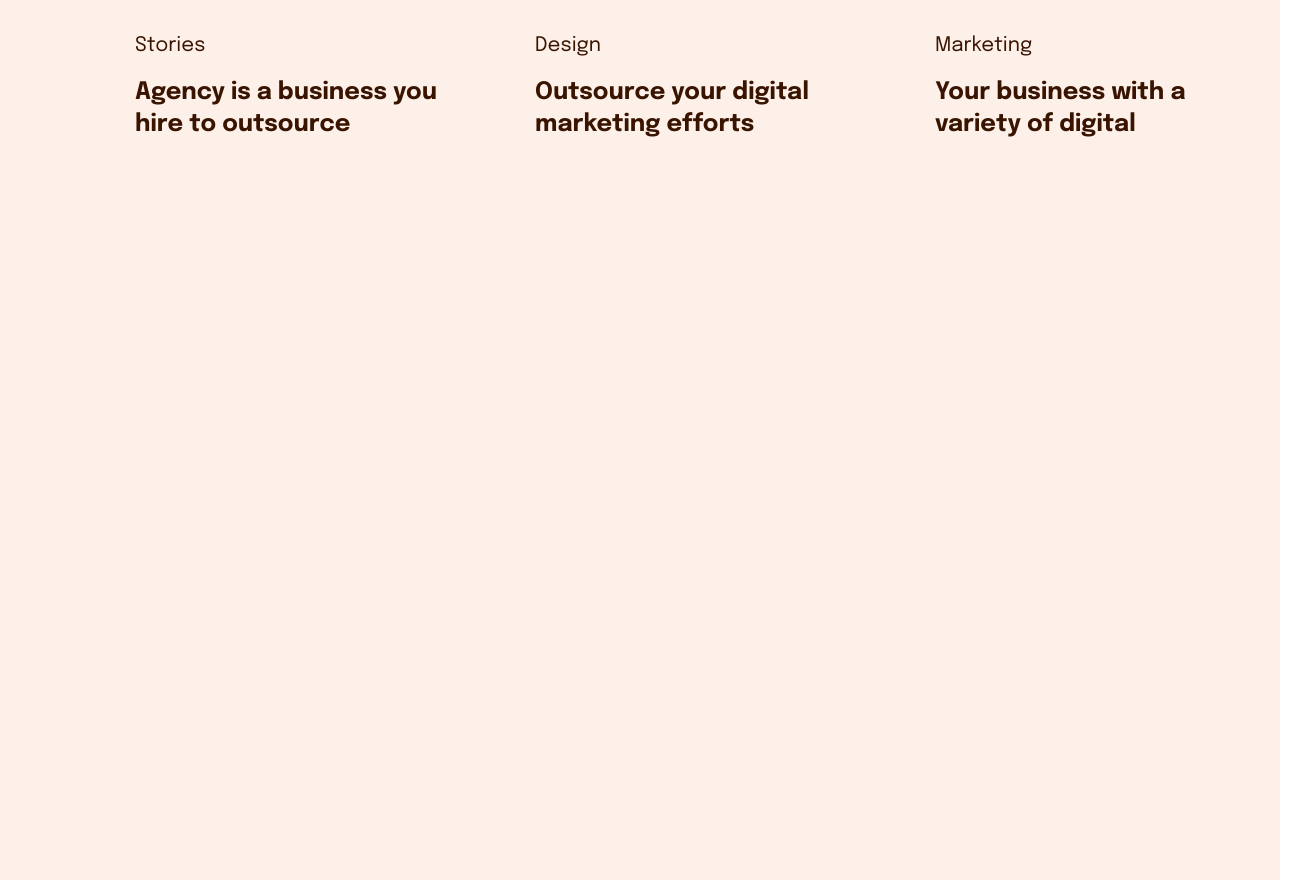
Repository: cesurrustemov/task5
Page: index.html
An editor plug-in stored every save of this project. The page is shown before and after the next save, followed by the edit.
The browser window is 1280 px wide. The page is 1305 px wide, so the pictures cover 1305 px, including what lies to the right of the window. The pictures show the part of the page from y = 560 to 1440 px (the page is 1440 px tall).

Above is the page before, as saved 2023-12-23 17:14:11.

After the next save:
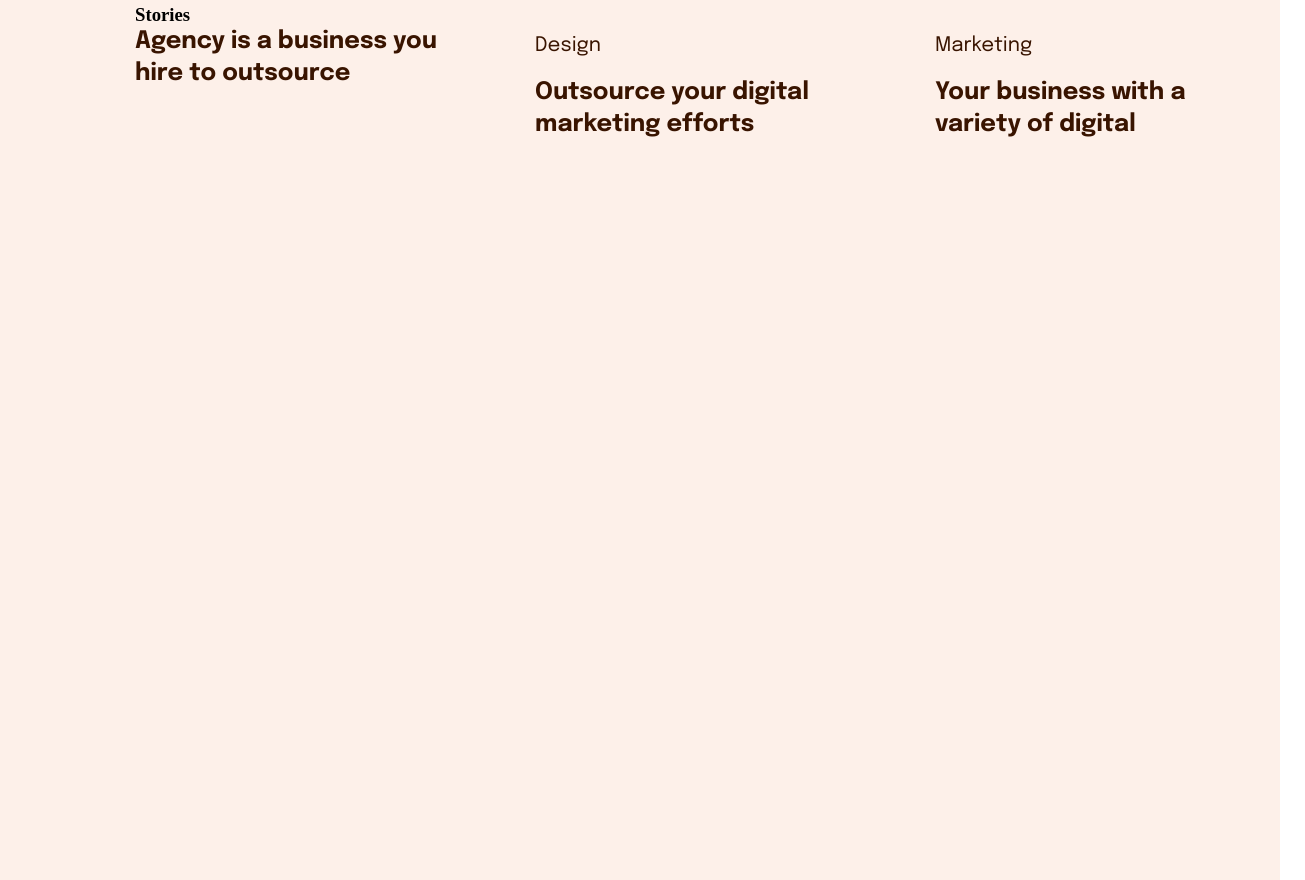
Saved 16 s later.
--- a/index.html
+++ b/index.html
@@ -14,7 +14,7 @@
             <div class="photo1">
                 <img class="img1" src="https://static.vecteezy.com/vite/assets/photo-masthead-375-b8ae1548.webp"
                     alt="Discover All" />
-                <h3 class="h1">Stories</h3>
+                <h3 >Stories</h3>
                 <h4 class="f1">Agency is a business you hire to outsource</h4>
             </div>
             <div class="photo2">
